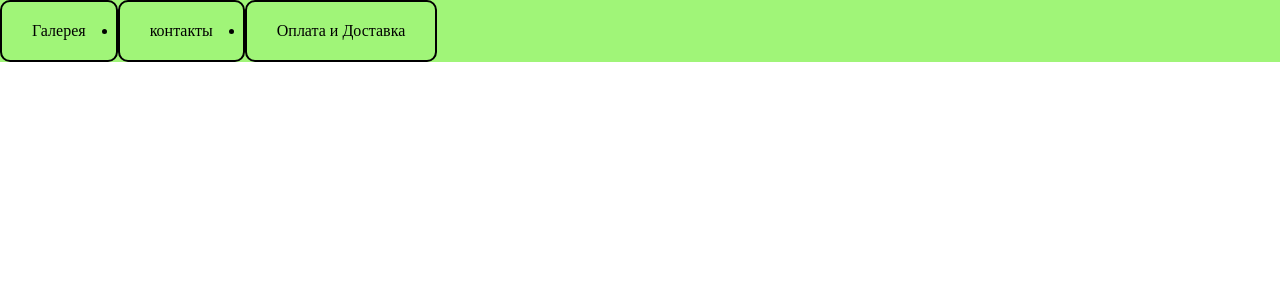
Repository: Ievgenii-davidenko/by
Page: index.html
An editor plug-in stored every save of this project. The page is shown before and after the next save, followed by the edit.
The browser window is 1280 px wide. The pictures show the whole page.

Above is the page before, as saved 2021-09-17 09:57:23.

After the next save:
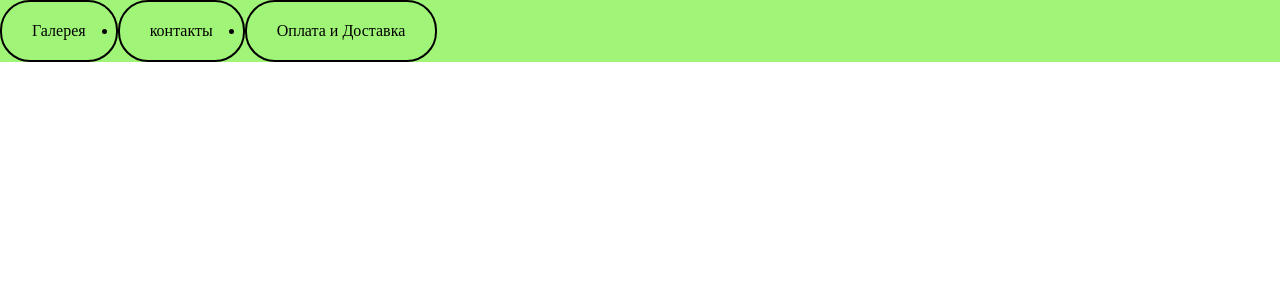
Saved 8 s later.
--- a/css/style.css
+++ b/css/style.css
@@ -18,5 +18,5 @@
     padding: 20px 30px;
     text-align: 24px;
     border : 2px solid;
-    border-radius: 10px;
+    border-radius: 30px;
 }
